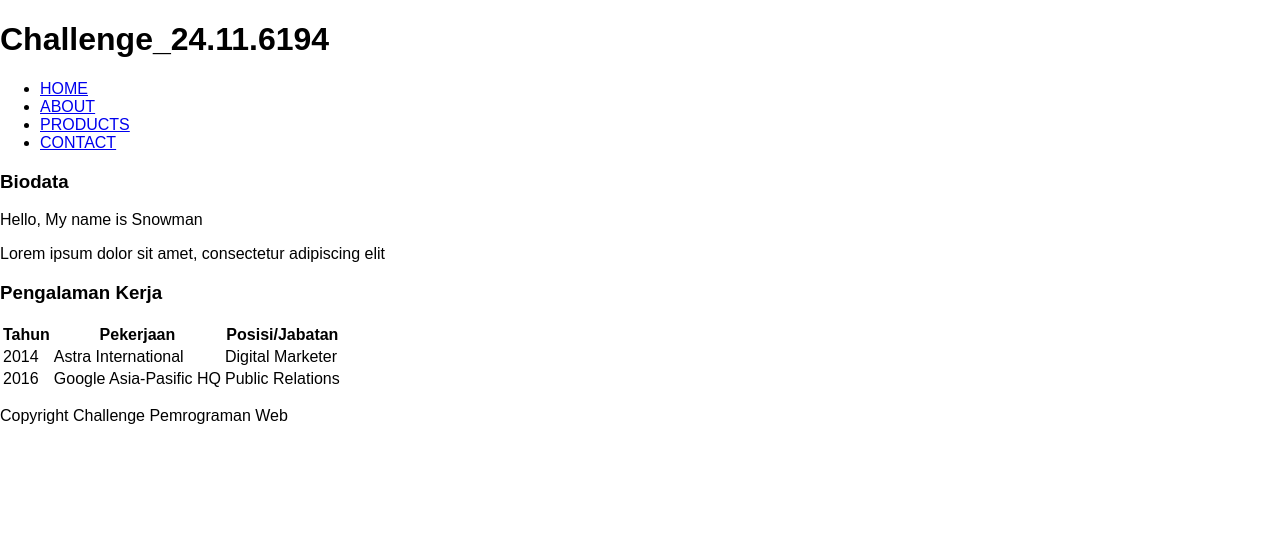
Repository: razitazhr/Pertemuan-6_24.116194
Page: Pertemuan 5/Challenge 5.html
These files come from the project's save history. The page is drawn as it stood at one moment and after the next save; the edit follows.
The browser window is 1280 px wide. The pictures show the whole page.

Above is the page before, as saved 2026-05-02 20:43:06.

### Pertemuan 5/Challenge 5.html
<!DOCTYPE html>
<html lang="en">
<head>
    <meta charset="UTF-8">
    <meta name="viewport" content="width=device-width, initial-scale=1.0">
    <title>Challenge 5_24.11.6194</title>
    <link rel="stylesheet" href="style.css">
</head>
<body>
    <h1>Challenge_24.11.6194</h1>
    <div class="Web Development"></div>
    <div class="container">
        <div class="nav">
            <ul>
                <li><a href="#">HOME</a></li>
                <li><a href="#">ABOUT</a></li>
                <li><a href="#">PRODUCTS</a></li>
                <li><a href="#">CONTACT</a></li>
            </ul>
        </div>
    </div>
    <div id="Biodata">
        <h3>Biodata</h3>
            <p>Hello, My name is Snowman</p>
            <p>Lorem ipsum dolor sit amet, consectetur adipiscing elit</p>
    </div>
    <div class="Pengalaman Kerja">
        <h3>Pengalaman Kerja</h3>
            <table>
                <tr>
                    <th>Tahun</th>
                    <th>Pekerjaan</th>
                    <th>Posisi/Jabatan</th>
                </tr>
                <tr>
                    <td>2014</td>
                    <td>Astra International</td>
                    <td>Digital Marketer</td>
                </tr>
                <tr>
                    <td>2016</td>
                    <td>Google Asia-Pasific HQ</td>
                    <td>Public Relations</td>
                </tr>
            </table>
    </div>
    <FOOTER>
        <div class="Copyright Challenge Pemrograman Web">
            <p>Copyright Challenge Pemrograman Web</p>
        </div>
    </FOOTER>
</body>
</html>

### Pertemuan 5/Style.CSS
body {
    margin: 0;
    font-family: Arial;
}
header {
    background: #4fa3c7;
    padding: 40px;
    color: white;
    text-align: center;
}
nav {
    display: flex;
    justify-content: flex-end;
    background: gray;
    padding: 10px;
}

After the next save:
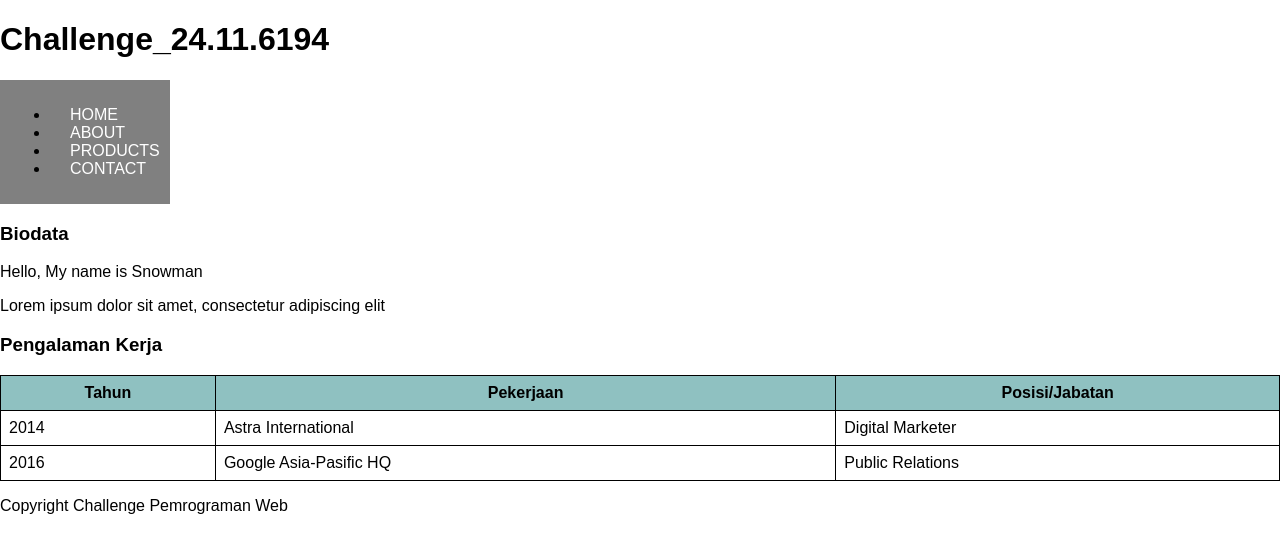
Saved 7 min 32 s later.
--- a/Pertemuan 5/Style.CSS
+++ b/Pertemuan 5/Style.CSS
@@ -2,15 +2,49 @@ body {
     margin: 0;
     font-family: Arial;
 }
-header {
+.header {
     background: #4fa3c7;
     padding: 40px;
     color: white;
     text-align: center;
 }
-nav {
+.nav {
     display: flex;
     justify-content: flex-end;
     background: gray;
     padding: 10px;
 }
+.nav a {
+    color: white;
+    text-decoration: none;
+    margin-left: 20px;
+}
+.container {
+    display: flex;
+}
+.biodata {
+    width: 30%;
+    background: #8fc1c1;
+    padding: 20px;
+}
+.pengalaman {
+    width: 70%;
+    background: #f2f2f2;
+    padding: 20px;
+}
+table {
+    width: 100%;
+    border-collapse: collapse;
+}
+th {
+    background: #8fc1c1;
+}
+table, th, td {
+    border: 1px solid black;
+    padding: 8px;
+}
+.footer {
+    background: gray;
+    text-align: center;
+    padding: 10px;
+}
